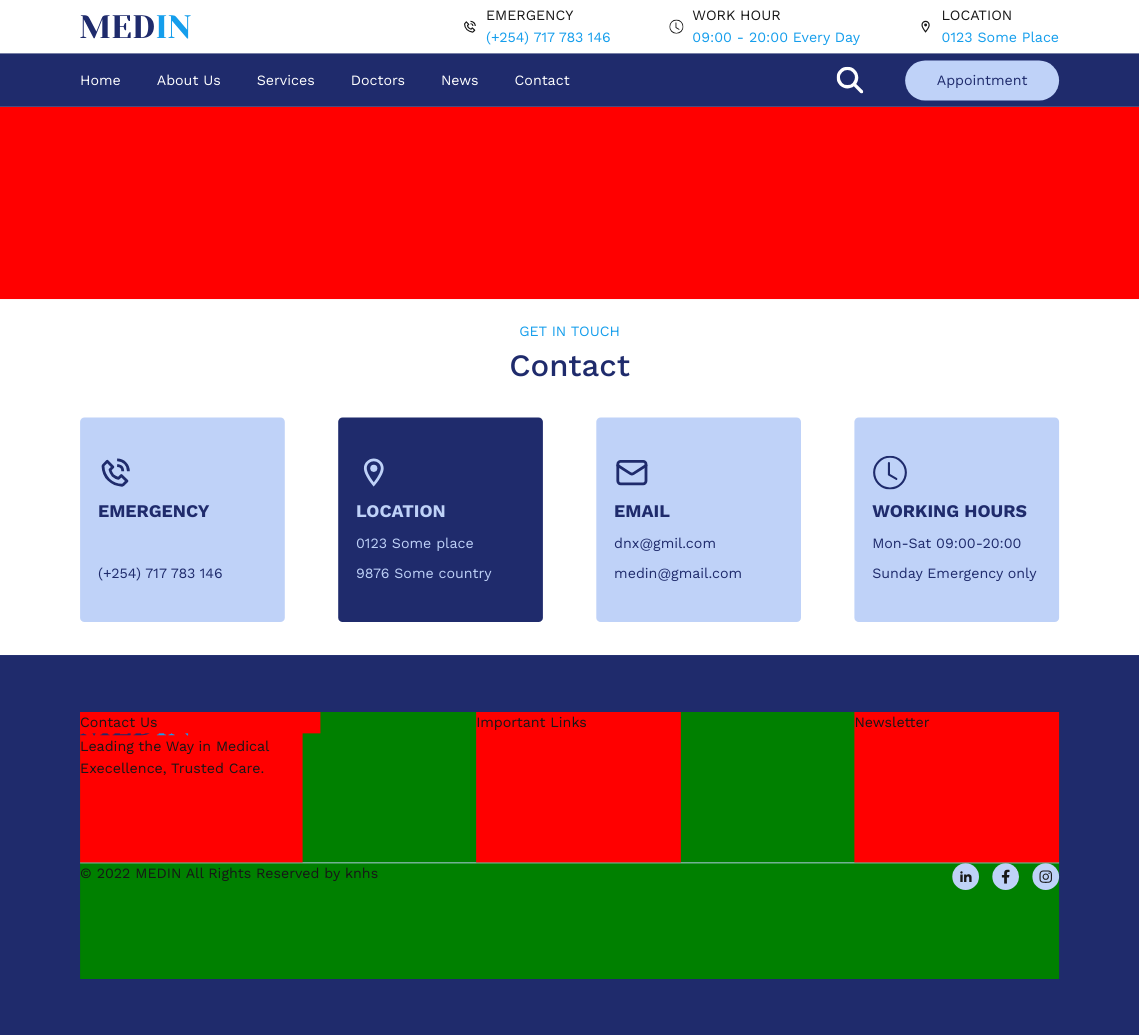
Repository: SynHK3/Poc_Hospital
Page: /appointment (app in fe_hospital/)
The author's editor kept a copy of each file at every save. The page is drawn from the files as they stood at one save, then again after the next save.
The browser window is 1280 px wide. The pictures show the whole page, at 89% of full size.
The project was rebuilt for these pictures with package versions that can differ from the ones it lists, and the page was loaded fresh each time. The framework's server and built-in components were replaced by stand-ins that run in the browser. Also part of the build but not shown: fe_hospital/next.config.ts.

Above is the page before, as saved 2025-09-02 16:46:50.

### fe_hospital/src/app/layout.tsx
import type { Metadata } from "next";
import { Geist, Geist_Mono, Work_Sans } from "next/font/google";
import "./globals.css";

const geistSans = Geist({
  variable: "--font-geist-sans",
  subsets: ["latin"],
});

const geistMono = Geist_Mono({
  variable: "--font-geist-mono",
  subsets: ["latin"],
});

const workSans = Work_Sans({
  subsets: ["latin"],
  weight: ["400", "500", "600", "700"], // chọn các weight cần
});

export const metadata: Metadata = {
  title: "Create Next App",
  description: "Generated by create next app",
};

export default function RootLayout({
  children,
}: Readonly<{
  children: React.ReactNode;
}>) {
  return (
    <html lang="en">
      <body
        className={`${workSans.className} ${geistMono.variable} antialiased`}
      >
        {children}
      </body>
    </html>
  );
}

### fe_hospital/src/app/appointment/page.tsx
import Header from "@/components/header/header";
import "./appointment.css";
import Contact from "@/components/contact/contact";
import Footer from "@/components/footer/footer";

export default function Appointment() {
  return (
    <div>
      <Header></Header>
      <div className="container__content--appointment"></div>
      <Contact></Contact>
      <Footer></Footer>
    </div>
  );
}

### fe_hospital/src/components/header/header.tsx
import Logo from "../../images/Logo.svg";
import Image from "next/image";
import { BiPhoneCall } from "react-icons/bi";
import { FaMagnifyingGlass } from "react-icons/fa6";
import { BsClock } from "react-icons/bs";
import { MdOutlineLocationOn } from "react-icons/md";
import "./header.css";

export default function Header() {
  return (
    <div className="container__header">
      <div className="header__layout">
        <div className="header__headline">
          <Image src={Logo} width={125} height={42} alt=""></Image>

          <div className="header__headline--info">
            <div className="header__headline--info--item">
              <BiPhoneCall className="icon__info--item"></BiPhoneCall>

              <div className="header__headline--info--desc">
                <h3>EMERGENCY</h3>
                <h5>(+254) 717 783 146</h5>
              </div>
            </div>

            <div className="header__headline--info--item">
              <BsClock className="icon__info--item"></BsClock>

              <div className="header__headline--info--desc">
                <h3>WORK HOUR</h3>
                <h5>09:00 - 20:00 Every Day</h5>
              </div>
            </div>

            <div className="header__headline--info--item">
              <MdOutlineLocationOn className="icon__info--item"></MdOutlineLocationOn>

              <div className="header__headline--info--desc">
                <h3>LOCATION</h3>
                <h5>0123 Some Place</h5>
              </div>
            </div>
          </div>
        </div>

        <div className="header__nav">
          <div className="layout__header--nav">
            <ul className="header__list--nav">
              <li>Home</li>
              <li>About Us</li>
              <li>Services</li>
              <li>Doctors</li>
              <li>News</li>
              <li>Contact</li>
            </ul>

            <div className="header__nav--appoinment">
              <FaMagnifyingGlass fontSize={30}></FaMagnifyingGlass>

              <button className="header__btn--appointment">Appointment</button>
            </div>
          </div>
        </div>
      </div>
    </div>
  );
}

### fe_hospital/src/app/appointment/appointment.css
.container__content--appointment {
  width: 100%;
  height: 30vh;
  background-color: red;
}

### fe_hospital/src/components/contact/contact.tsx
import "./contact.css";

import { BiPhoneCall } from "react-icons/bi";
import { MdOutlineLocationOn } from "react-icons/md";
import { LuMail } from "react-icons/lu";
import { BsClock } from "react-icons/bs";

export default function Contact() {
  return (
    <div className="container__contact">
      <div className="container__layout--contact">
        <div className="content__contact--headline">
          <h6>GET IN TOUCH</h6>
          <h1>Contact</h1>
        </div>

        <ul className="content__list--contact">
          <li>
            <div className="contact--item">
              <BiPhoneCall className="contact__item--icon"></BiPhoneCall>
              <h1>EMERGENCY</h1>

              <h3 style={{ visibility: "hidden" }}>dnx@gmil.com</h3>
              <p>(+254) 717 783 146</p>
            </div>
          </li>
          <li>
            <div className="contact--item">
              <MdOutlineLocationOn className="contact__item--icon"></MdOutlineLocationOn>
              <h1>LOCATION</h1>

              <p>0123 Some place</p>
              <p>9876 Some country</p>
            </div>
          </li>
          <li>
            <div className="contact--item">
              <LuMail className="contact__item--icon"></LuMail>
              <h1>EMAIL</h1>

              <p>dnx@gmil.com</p>
              <p>medin@gmail.com</p>
            </div>
          </li>
          <li>
            <div className="contact--item">
              <BsClock className="contact__item--icon"></BsClock>
              <h1 className="headline--item">WORKING HOURS</h1>

              <p>Mon-Sat 09:00-20:00</p>
              <p>Sunday Emergency only</p>
            </div>
          </li>
        </ul>
      </div>
    </div>
  );
}

### fe_hospital/src/components/footer/footer.tsx
import "./footer.css";
import { RiLinkedinFill } from "react-icons/ri";
import { FaFacebookF } from "react-icons/fa";
import { FaInstagram } from "react-icons/fa";
import Image from "next/image";
import Logo from "../../images/Logo.svg";

export default function Footer() {
  return (
    <div className="container__footer">
      <div className="container__layout--footer">
        <ul className="list__footer--item">
          <li>
            <div>
              <Image src={Logo} width={125} height={42} alt=""></Image>
              <h1 className="headline__footer">Leading the Way in Medical Execellence, Trusted Care.</h1>
            </div>
          </li>
          <li>
            <div>
              <h1>Important Links</h1>
              <ul className="list--item--footer--link">
                <li></li>
                <li></li>
                <li></li>
                <li></li>
              </ul>
            </div>
          </li>

          <li>
            <div>
              <h1>Contact Us</h1>
              <ul className="list--item--footer--contact">
                <li></li>
                <li></li>
                <li></li>
                <li></li>
              </ul>
            </div>
          </li>
          <li>
            <div>
              <h1>Newsletter</h1>
            </div>
          </li>
        </ul>

        <div className="footer--line"></div>

        <div className="footer--link--social">
          <h3>© 2022 MEDIN All Rights Reserved by knhs</h3>

          <ul className="list--icon--link--social">
            <li>
              <RiLinkedinFill></RiLinkedinFill>
            </li>
            <li>
              <FaFacebookF></FaFacebookF>
            </li>
            <li>
              <FaInstagram></FaInstagram>
            </li>
          </ul>
        </div>
      </div>
    </div>
  );
}

### fe_hospital/src/components/header/header.css
.container__header {
  width: 100%;
  height: 120px;
}

.header__layout {
  display: flex;
  flex-direction: column;
  align-items: center;
  width: 100%;
}

.header__headline {
  display: flex;
  justify-content: space-between;
  width: 1100px;
  height: 60px;
}

.header__headline--info {
  width: 670px;
  display: flex;
  justify-content: space-between;
}

.header__headline--info--desc > h5 {
  color: #159eec;
}

.header__headline--info--item {
  height: 60px;
  display: flex;
  align-items: center;
}

.icon__info--item {
  font-size: 30;
  margin-right: 10px;
}

/* Header Nav */

.header__nav {
  display: flex;
  align-items: center;
  justify-content: center;
  width: 100%;
  height: 60px;
  background-color: #1f2b6c;
  color: white;
}

.layout__header--nav {
  display: flex;
  justify-content: space-between;
  align-items: center;
  width: 1100px;
  height: 60px;
}

.header__list--nav {
  width: 550px;
  display: flex;
  justify-content: space-between;
}

.header__nav--appoinment {
  width: 250px;
  height: 45px;
  display: flex;
  justify-content: space-between;
  align-items: center;
}

.header__btn--appointment {
  color: #1f2b6c;
  width: 173px;
  height: 45px;
  background-color: #bfd2f8;
  border-radius: 30px;
}

### fe_hospital/src/components/contact/contact.css
.container__contact {
  display: flex;
  width: 100%;
  height: 400px;
  justify-content: center;
}

.container__layout--contact {
  display: flex;
  flex-direction: column;
  justify-content: space-between;
  width: 1100px;
  height: 363px;
}

.content__contact--headline {
  display: flex;
  flex-direction: column;
  width: 100%;
  height: 127px;
  align-items: center;
  justify-content: center;
}

.content__list--contact {
  display: flex;
  justify-content: space-between;
  align-items: center;
}

.content__contact--headline > h1 {
  font-size: 35px;
  font-weight: 500;
  color: #1f2b6c;
}
.content__contact--headline > h6 {
  color: #159eec;
}

.content__list--contact > li {
  display: flex;
  align-items: center;
  width: 230px;
  height: 230px;
  background-color: #bfd2f8;
  border-radius: 5px;
}

.content__list--contact > li:nth-child(2) {
  background-color: #1f2b6c;
}

.content__list--contact > li:nth-child(2) > div > p,
.content__list--contact > li:nth-child(2) > div > h1,
.content__list--contact > li:nth-child(2) > div > .contact__item--icon {
  color: #bfd2f8;
}

.contact--item {
  margin-left: 20px;
  display: flex;
  flex-direction: column;
  justify-content: space-between;
  width: 126px;
  height: 145px;
}

.contact--item > h1 {
  width: 230px;
  font-size: 20px;
  font-weight: 700;
  color: #1f2b6c;
}

.contact--item > p {
  width: 230px;
  color: #1f2b6c;
}

.headline--item {
  width: 140px;
}

.contact__item--icon {
  width: 40px;
  height: 38px;
  color: #1f2b6c;
}

### fe_hospital/src/components/footer/footer.css
.container__footer {
  display: flex;
  width: 100%;
  height: 427px;
  justify-content: center;
  align-items: center;
  background-color: #1f2b6c;
}

.container__layout--footer {
  width: 1100px;
  height: 300px;
  background-color: green;
}

/* Footer Items  */
.list__footer--item {
  display: flex;
  justify-content: space-between;
  height: 169px;
}

.list__footer--item > li {
  background-color: red;
}

.list__footer--item > li:last-child,
.list__footer--item > li:nth-child(2) {
  width: 230px;
}

.list__footer--item > li:nth-child(3) {
  position: absolute;
  width: 270px;
}

.headline__footer {
  width: 250px;
}

/* Footer Line */

.footer--line {
  width: 100%;
  height: 1px;
  background-color: #bfd2f8;
}

.footer--link--social {
  justify-content: space-between;
  display: flex;
}

.list--icon--link--social {
  display: flex;
  justify-content: space-between;
  width: 120px;
}

.list--icon--link--social > li {
  display: flex;
  align-items: center;
  justify-content: center;
  width: 30px;
  height: 30px;
  background-color: #bfd2f8;
  border-radius: 50%;
}

Loaded but not shown: fe_hospital/src/app/globals.css (common file)

After the next save:
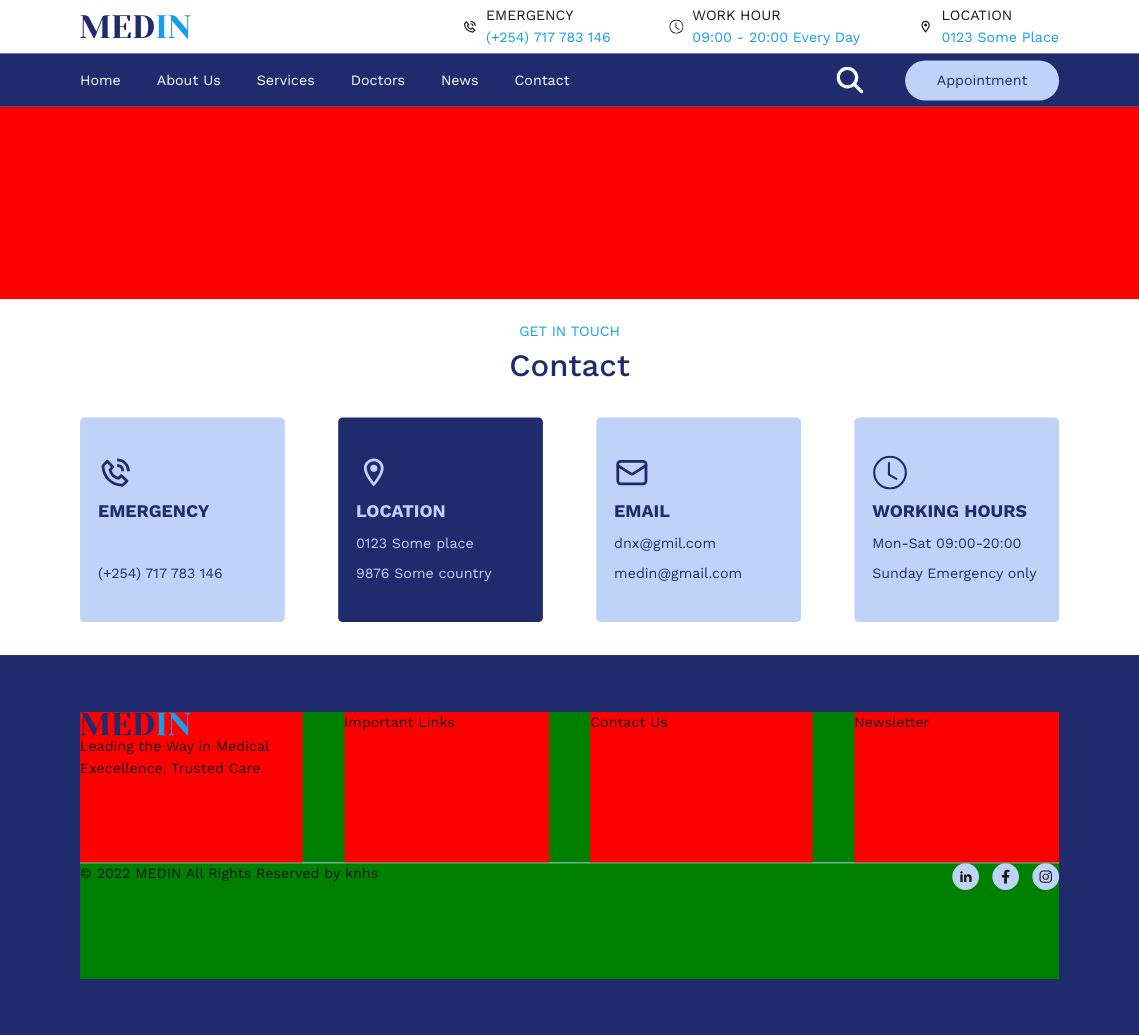
Saved 4 s later.
--- a/fe_hospital/src/components/footer/footer.css
+++ b/fe_hospital/src/components/footer/footer.css
@@ -30,8 +30,7 @@
 }
 
 .list__footer--item > li:nth-child(3) {
-  position: absolute;
-  width: 270px;
+  width: 250px;
 }
 
 .headline__footer {
